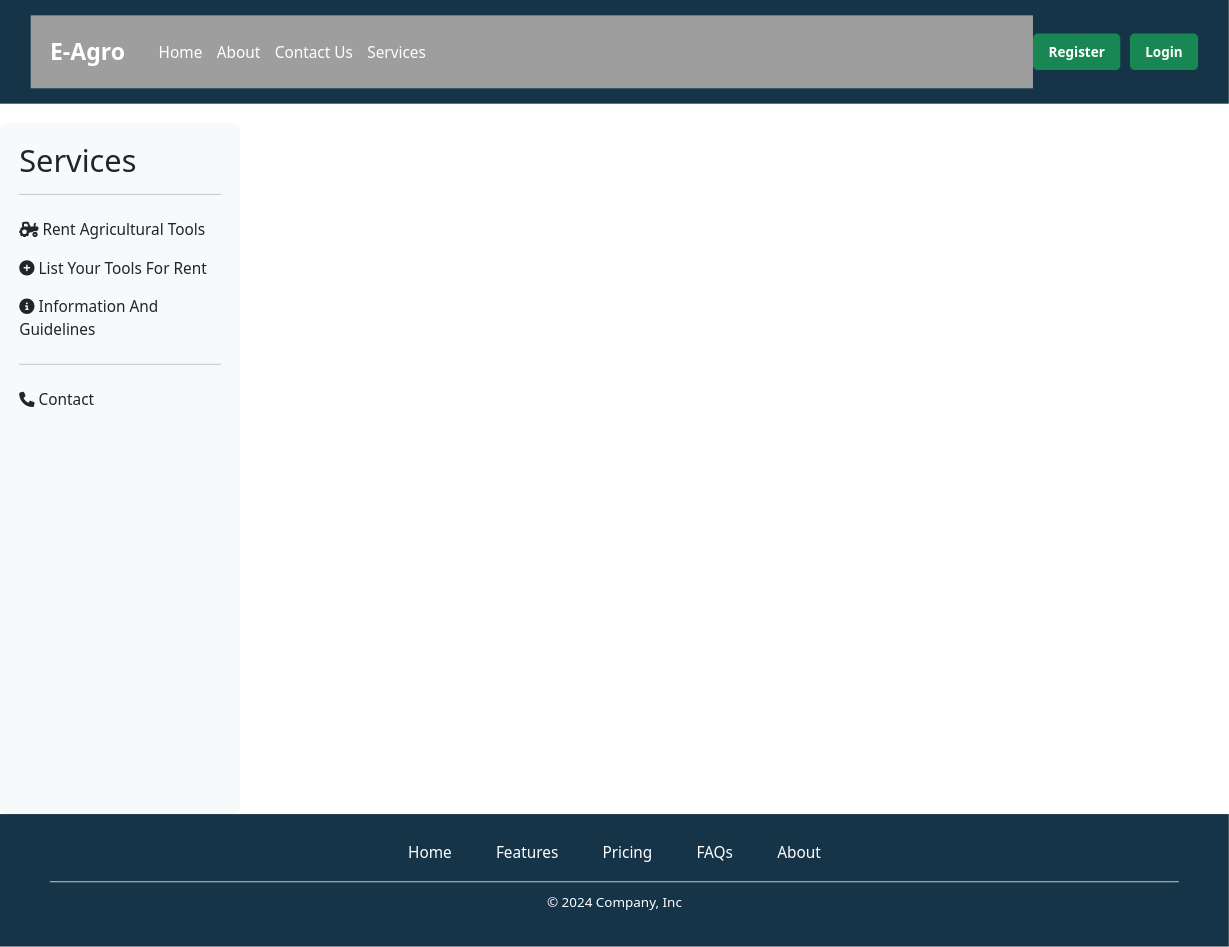
Repository: soniyakhichi11/E-Agro
Page: /Rental (app in frontend/)
An editor plug-in stored every save of this project. The page is shown before and after a run of saves, followed by the edit.
The browser window is 1280 px wide. The pictures show the whole page, at 96% of full size.
Pictures or frames that could not be fetched are drawn as grey boxes. The page's requests for data from a server got no answer. The project was rebuilt for these pictures with package versions that can differ from the ones it lists, and the page was loaded fresh each time. No one was signed in, and anything a server would have sent is missing. Also part of the build but not shown: frontend/vite.config.js, frontend/src/components/Register.jsx, frontend/src/components/FormRental.jsx, frontend/src/components/BookingPage.jsx, frontend/src/components/Home.jsx, frontend/src/components/About.jsx, frontend/src/components/Contact.jsx, frontend/src/components/Login.jsx.

Above is the page before, as saved 2025-04-05 19:59:11.

After the next 2 saves:
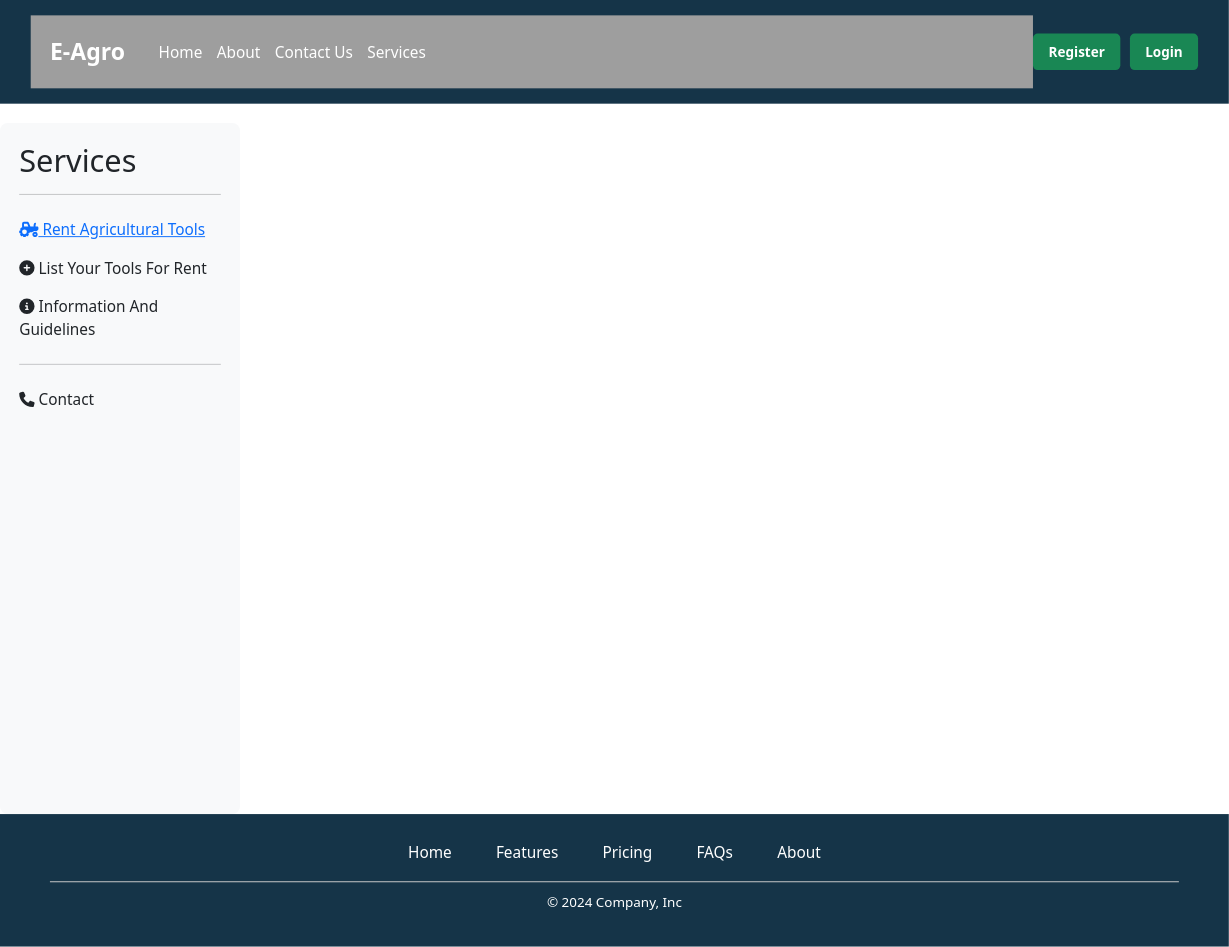
The 2 saves are shown as one change because they came seconds apart.
The last was saved 13 s later.
--- a/frontend/src/components/Rental.jsx
+++ b/frontend/src/components/Rental.jsx
@@ -63,8 +63,8 @@ export const Rental = () => {
         <hr></hr>
         <ul>
         <li>
-            <Link></Link>
-            <FontAwesomeIcon icon={faTractor} /> Rent Agricultural Tools</li>
+            <Link><FontAwesomeIcon icon={faTractor} /> Rent Agricultural Tools</Link>
+            </li>
         <li><FontAwesomeIcon icon={faPlusCircle} /> List Your Tools For Rent</li>
         <li><FontAwesomeIcon icon={faInfoCircle} /> Information And Guidelines</li>
             <hr></hr>
